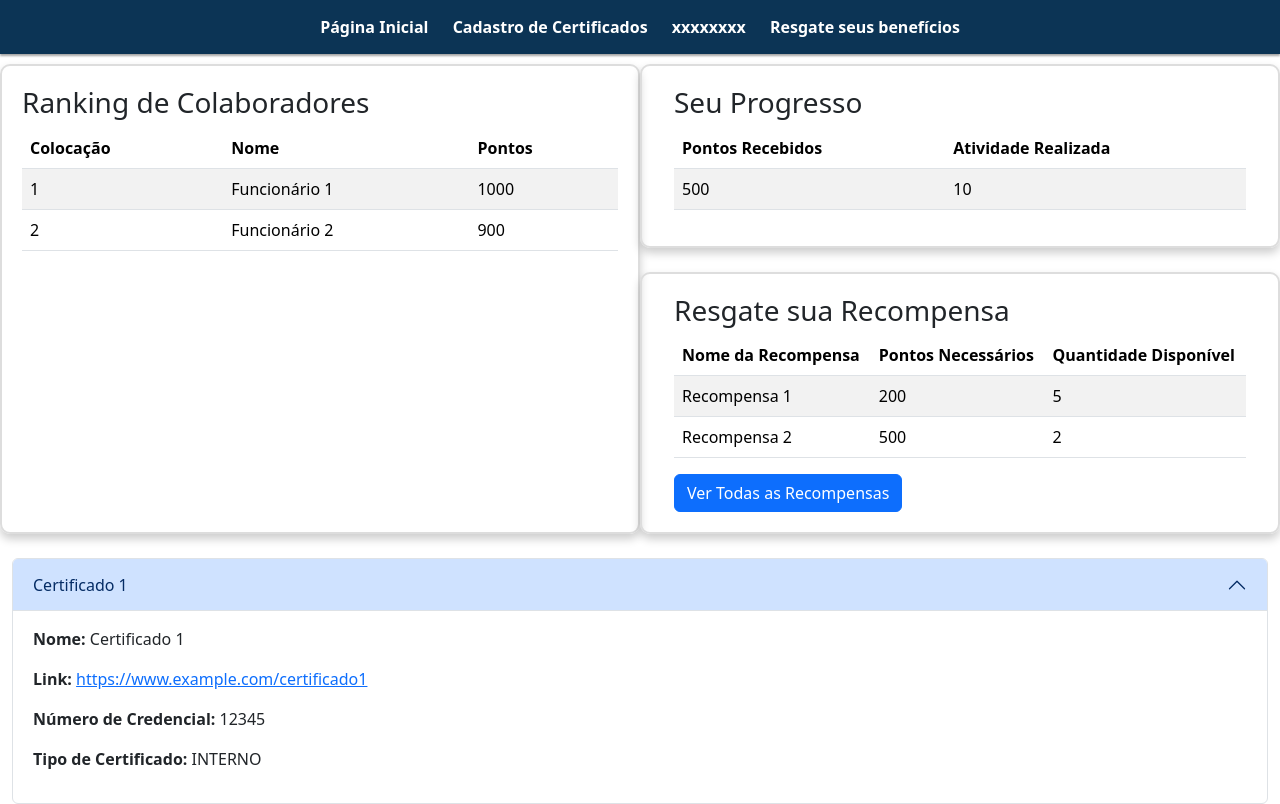
Repository: mumuryllo/ProjetoZupPointsCatalisa5
Page: ZuPointsCatalisa5 Front-End/colaborador.html
The author's editor kept a copy of each file at every save. The page is drawn from the files as they stood at one save, then again after the next save.
The browser window is 1280 px wide. The pictures show the whole page.

Above is the page before, as saved 2023-10-10 19:28:41.

### ZuPointsCatalisa5 Front-End/colaborador.html
<!DOCTYPE html>
<html lang="en">
<head>
    <meta charset="UTF-8">
    <meta name="viewport" content="width=device-width, initial-scale=1.0">
    <title>Página de Funcionários</title>

    <link href="https://cdn.jsdelivr.net/npm/bootstrap@5.3.2/dist/css/bootstrap.min.css" rel="stylesheet"
        integrity="sha384-T3c6CoIi6uLrA9TneNEoa7RxnatzjcDSCmG1MXxSR1GAsXEV/Dwwykc2MPK8M2HN" crossorigin="anonymous">


      <link rel="stylesheet" href="style/nav-bar.css">

    <!-- Custom CSS for Styling -->
    <style>
        .custom-border {
            border: 2px solid #ddd;
            border-radius: 10px;
            padding: 20px;
            box-shadow: 0px 5px 10px rgba(0, 0, 0, 0.2);
        }
        .mb-4 {
            margin-bottom: 2rem;
        }
    </style>
</head>
<body>
    <!-- Cabeçalho -->


    <nav>
        <a href="index.html">Página Inicial</a>
        <a href="./cadastro_certificado.html">Cadastro de Certificados</a>
        <a href="buscarTodos.html">xxxxxxxx</a>
        <a href="buscarEspecifico.html">Resgate seus benefícios</a>
    </nav>

    <div class="container-fluid">
        <div class="row">
            <!-- Coluna da esquerda com o ranking -->
            <div class="col-md-6 custom-border mb-4">
                <h3>Ranking de Colaboradores</h3>
                <table class="table table-striped">
                    <thead>
                        <tr>
                            <th>Colocação</th>
                            <th>Nome</th>
                            <th>Pontos</th>
                        </tr>
                    </thead>
                    <tbody>
                        <tr>
                            <td>1</td>
                            <td>Funcionário 1</td>
                            <td>1000</td>
                        </tr>
                        <tr>
                            <td>2</td>
                            <td>Funcionário 2</td>
                            <td>900</td>
                        </tr>
                        <!-- Adicione mais linhas conforme necessário -->
                    </tbody>
                </table>
            </div>

            <!-- Coluna da direita com divisão vertical -->
            <div class="col-md-6">
                <!-- Parte superior - Seu Progresso -->
                <div class="row justify-content-center custom-border mb-4" style="max-height: 50vh; overflow-y: auto;">
                    <div class="col-12">
                        <h3>Seu Progresso</h3>
                        <div class="table-responsive">
                            <table class="table table-striped">
                                <thead>
                                    <tr>
                                        <th>Pontos Recebidos</th>
                                        <th>Atividade Realizada</th>
                                    </tr>
                                </thead>
                                <tbody>
                                    <tr>
                                        <td>500</td>
                                        <td>10</td>
                                    </tr>
                                    <!-- Adicione mais linhas conforme necessário -->
                                </tbody>
                            </table>
                        </div>
                    </div>
                </div>



                <!-- Divisão vertical -->
                <div class="row">
                    <div class="col-12 border-right">
                        <!-- Parte inferior - Resgate sua Recompensa -->
                        <div class="row justify-content-center custom-border mb-4" style="max-height: 50vh; overflow-y: auto;">
                            <div class="col-12">
                                <h3>Resgate sua Recompensa</h3>
                                <div class="table-responsive">
                                    <table class="table table-striped">
                                        <thead>
                                            <tr>
                                                <th>Nome da Recompensa</th>
                                                <th>Pontos Necessários</th>
                                                <th>Quantidade Disponível</th>
                                            </tr>
                                        </thead>
                                        <tbody>
                                            <tr>
                                                <td>Recompensa 1</td>
                                                <td>200</td>
                                                <td>5</td>
                                            </tr>
                                            <tr>
                                                <td>Recompensa 2</td>
                                                <td>500</td>
                                                <td>2</td>
                                            </tr>
                                            <!-- Adicione mais linhas conforme necessário -->
                                        </tbody>
                                    </table>
                                </div>
                                <button class="btn btn-primary text-center">Ver Todas as Recompensas</button>
                            </div>
                        </div>
                    </div>
                </div>
            </div>
        </div>

        <div class="accordion" id="certificadosAccordion">
            <!-- Certificado 1 -->
            <div class="accordion-item">
                <h2 class="accordion-header" id="certificado1Heading">
                    <button class="accordion-button" type="button" data-bs-toggle="collapse" data-bs-target="#certificado1Collapse" aria-expanded="true" aria-controls="certificado1Collapse">
                        Certificado 1
                    </button>
                </h2>
                <div id="certificado1Collapse" class="accordion-collapse collapse show" aria-labelledby="certificado1Heading" data-bs-parent="#certificadosAccordion">
                    <div class="accordion-body">
                        <p><strong>Nome:</strong> Certificado 1</p>
                        <p><strong>Link:</strong> <a href="https://www.example.com/certificado1">https://www.example.com/certificado1</a></p>
                        <p><strong>Número de Credencial:</strong> 12345</p>
                        <p><strong>Tipo de Certificado:</strong> INTERNO</p>

                    </div>
                </div>
            </div>



    </div>
<script src="https://cdn.jsdelivr.net/npm/bootstrap@5.3.2/dist/js/bootstrap.bundle.min.js" integrity="sha384-C6RzsynM9kWDrMNeT87bh95OGNyZPhcTNXj1NW7RuBCsyN/o0jlpcV8Qyq46cDfL" crossorigin="anonymous"></script>
</body>
</html>

### ZuPointsCatalisa5 Front-End/style/nav-bar.css
:root {
    --cor0: #0e1a33;
    --cor1: #061b2c;
    --cor2: #0c3455;
    --cor3: #8dc63F;
    --cor4: #40ba84;
    --cor5: #ef4123;
    --cor6: #f7941e;
    --cor7: #909090;
    --cor8: #ffffff;

    --fonte-padrao: Arial, Verdana, Helvetica, sans-serif;
    --fonte-destaque: 'Bebas Neue', cursive;
}

header {
    background-image: linear-gradient(to bottom, var(--cor0), var(--cor2));
    text-align: center;
    min-height: 150px;
    padding-top: 30px;
}

header>h1 {
    color: var(--cor8);
    font-weight: normal;
    font-size: 3em;
    margin-bottom: 20px;
    text-shadow: 2px 2px 0 rgba(0, 0, 0, 0.466);
}

header>p {
    color: var(--cor8);
    font-size: 1.2em;
    padding-left: 10px;
    padding-right: 10px;
    margin: auto;
    padding-bottom: 20px;
    text-shadow: 2px 2px 0 rgba(0, 0, 0, 0.466);
}

nav {
    background-color: var(--cor2);
    padding: 15px;
    box-shadow: 0px 2px 2px #0000005b;
    text-align: center;
    margin-bottom: 10px;
}

nav a {
    color: var(--cor8);
    padding: 10px;
    text-decoration: none;
    font-weight: bold;
    transition-duration: 0.5s;
}

nav a:hover {
    border-bottom: 5px solid var(--cor3);
    padding-bottom: 2px;
    text-decoration: none;/
}

After the next save:
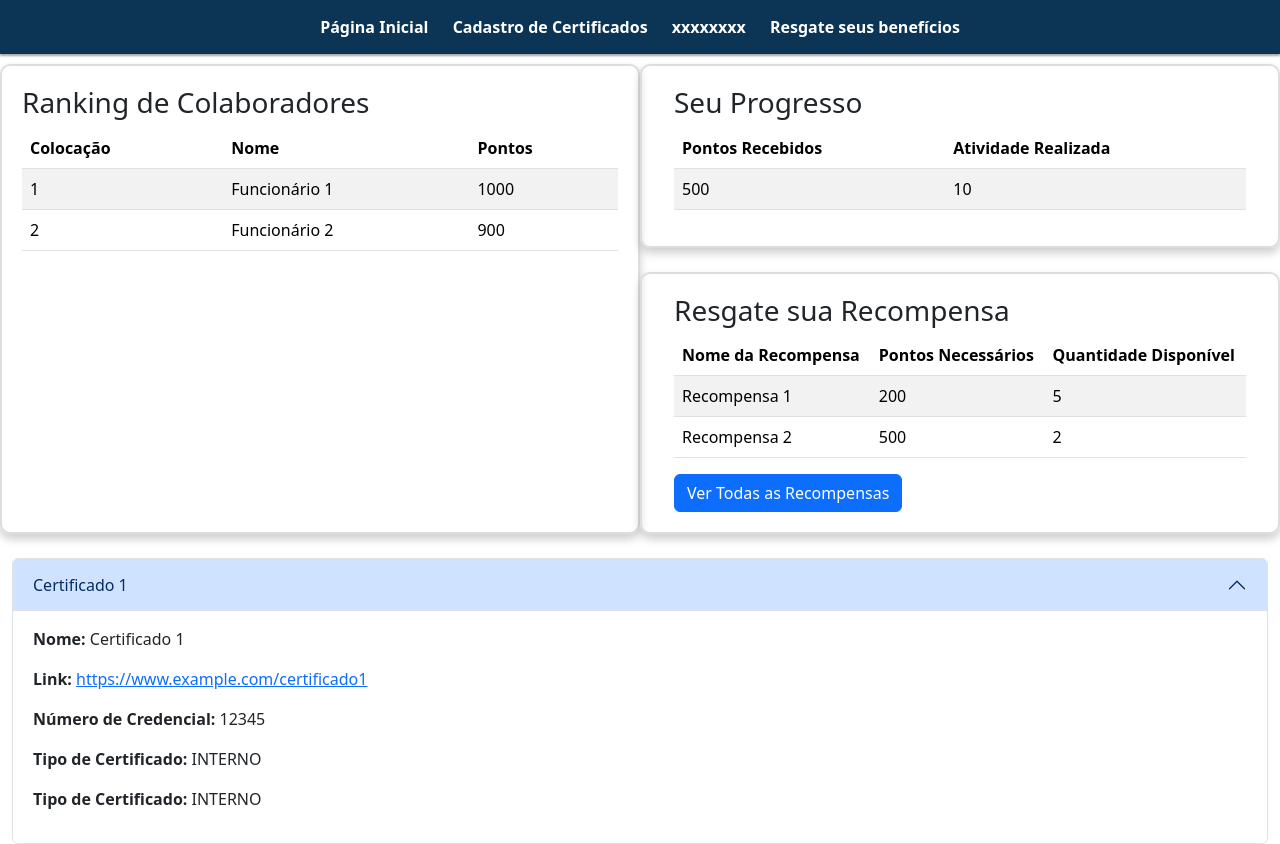
Saved 1 s later.
--- a/ZuPointsCatalisa5 Front-End/colaborador.html
+++ b/ZuPointsCatalisa5 Front-End/colaborador.html
@@ -145,7 +145,7 @@
                         <p><strong>Link:</strong> <a href="https://www.example.com/certificado1">https://www.example.com/certificado1</a></p>
                         <p><strong>Número de Credencial:</strong> 12345</p>
                         <p><strong>Tipo de Certificado:</strong> INTERNO</p>
-
+                        <p><strong>Tipo de Certificado:</strong> INTERNO</p>
                     </div>
                 </div>
             </div>
